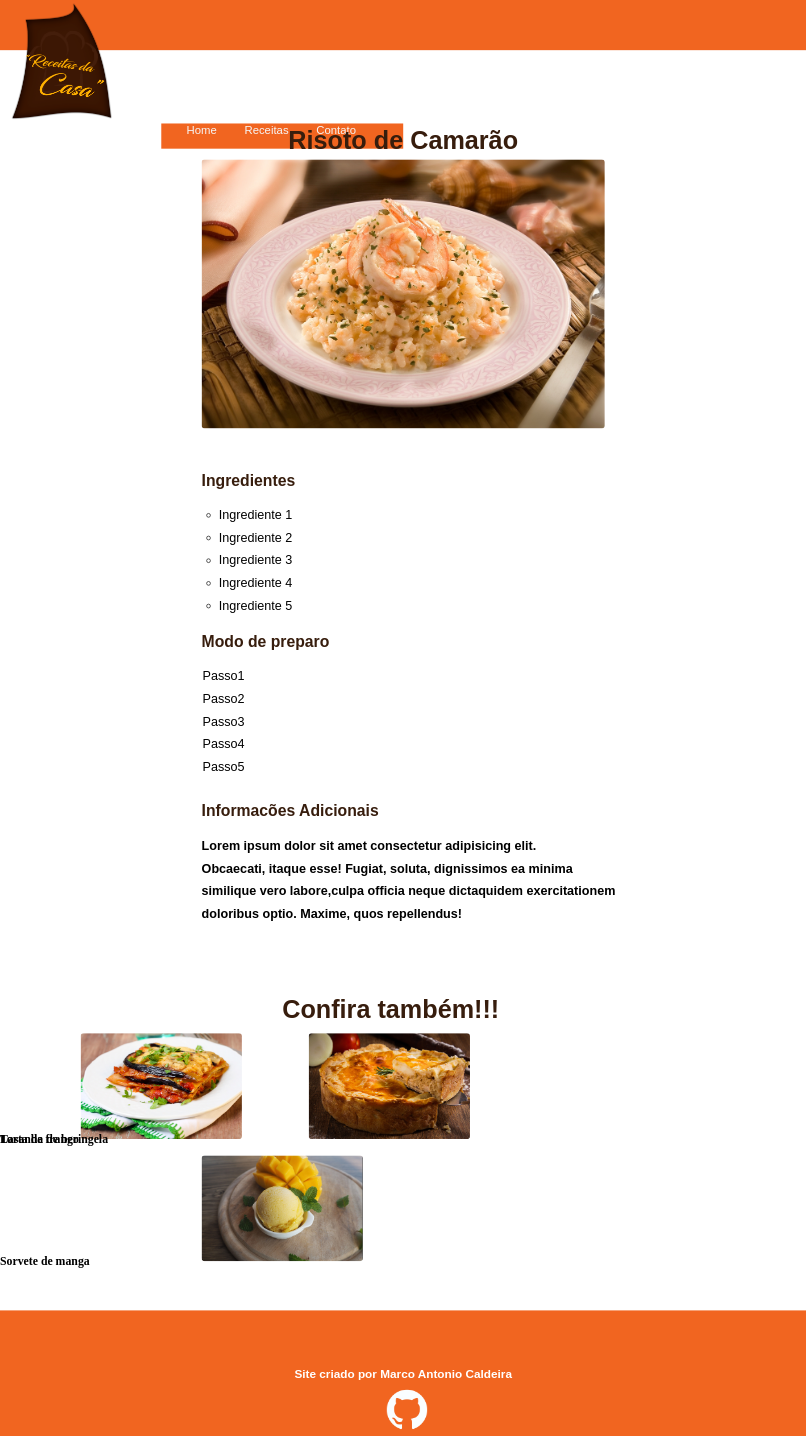
Repository: MarcoantonioCaldeira/Aprendizados-e-Conhecimentos
Page: Receitas da Casa/index.html
An editor plug-in stored every save of this project. The page is shown before and after the next save, followed by the edit.
The browser window is 1280 px wide. The pictures show the whole page, at 63% of full size.

Above is the page before, as saved 2022-05-29 22:42:12.

### Receitas da Casa/index.html
<!DOCTYPE html>
<html>
    <head>
    <meta charset="utf-8">
    <title>Receitas do Marco</title>
    <link rel="stylesheet" text="css" href="css/estilo.css">
    <link rel="stylesheet" text="css" href="css/fonts.css">
    <style>

    </style>
    </head>
    <body>
        <header id="topo">
            <img id="logo" src="imagens/logo.png">
            <li class="li-topo">
                <ul class="ul-topo" href="#">Home</ul>
                <ul class="ul-topo" href="#">Receitas</ul>
                <ul class="ul-topo" href="#">Contato</ul>
            </li>
        </header>
        <main id="corpo">
            <h1 class="titulo-receita">Risoto de Camarão</h1>
            <figure>
                <img class="img_receita" src="imagens/imagem_receita.jpg">
            </figure>
            <article>

                <h3 class="text_article">Ingredientes</h3>
                <ul class="text_ul">
                     <li>Ingrediente 1</li>
                     <li>Ingrediente 2</li>
                     <li>Ingrediente 3</li>
                     <li>Ingrediente 4</li>
                     <li>Ingrediente 5</li>
                </ul>

               <h3 class="text_article_2">Modo de preparo</h3>
               <li class="text_ul_2">
                   <ul>Passo1</ul>
                   <ul>Passo2</ul>
                   <ul>Passo3</ul>
                   <ul>Passo4</ul>
                   <ul>Passo5</ul>
               </li>

               <h3 class="text_article_3">Informacões Adicionais</h3>
               <h3 class="text">Lorem ipsum dolor sit amet consectetur adipisicing elit.<br>
                Obcaecati, itaque esse! Fugiat, soluta, dignissimos ea minima<br> similique vero
                labore,culpa officia neque dictaquidem exercitationem <br>doloribus optio. Maxime, quos
                repellendus!</h3>


               <h1 class="h1_informacoes">Confira também!!!</h1>
               <div id="outras_receitas">

                      <img class="img_receita1" src="imagens/lazanha_de_beringela.jpg">
                      <h3 class="h3_receita_1">Lasanha de beringela</h3>

                      <img class="img_receita2" src="imagens/torta_de_frango.jpg">
                      <h3 class="h3_receita_2">Torta de frango</h3>

                      <img class="img_receita3" src="imagens/sorvete-manga.jpg">
                      <h3 class="h3_receita_3">Sorvete de manga</h3>

               </div>

            </article>
        </main>
        <footer id="rodape">
            <div class="agradecimentos-rodape">
                <h3>Site criado por Marco Antonio Caldeira</h3>
                <a href="https://github.com/MarcoantonioCaldeira"><img class="logoGit" src="imagens/github_logo.png"></a>
            </div>
        </footer>
    </body>
</html>

### Receitas da Casa/css/estilo.css
* {
    margin: 0;
}

#topo{
  width: 100%;
  background-color:rgb(241, 101, 32);
  height: 80px;
}

#logo{
  width: 15%;

}

.titulo_logo{
  position: relative;
  font-family: arial;
  top: 20%;
  font-size:30px;
  color:white;
  left:-40%;
}

#corpo{
  width: 100%;
  height: 2000px;
  background-color: white;
}

.img_receita{
  position:relative;
  border-radius: 5px;
  margin-left: 25%;
  margin-top: 10%;
  width:50%;
}

#outras_receitas{
  width: 100%;
  height: 300px;
  background-color:white;
}

.img_receita1{
  position:relative;
  left:10%;
  top:5%;
  border-radius:5px;
  width:20%;
}

.img_receita2{
  position:relative;
  left: 18%;
  top:5%;
  border-radius:5px;
  width:20%;
}

.img_receita3{
  position:relative;
  left: 25%;
  top:5%;
  border-radius:5px;
  width:20%;
}


#rodape{
  background-color: rgb(241, 101, 32);
  width: 100%;
  height: 200px;
}

.agradecimentos-rodape{
  position: relative;
  top: 45%;
  color:white;
  font-family: arial;
  text-align: center;
}

.logoGit{
  position: absolute;
  width: 5%;
  left:48%;
  top: 35px;
}

### Receitas da Casa/css/fonts.css
h1{
  text-align: center;
}

.li-topo{
  position:relative;
  background-color: rgb(241, 101, 32);
  list-style: none;
  height: 40px;
  width: 30%;
  margin-left: 20%;
}

.ul-topo{
  display: inline;
  font-family: arial;
  color:rgb(246, 246, 246);
  font-size:18px;
}

.titulo-receita{
  position: relative;
  font-size: 40px;
  font-family: arial;
  top:6%;
  color:rgb(55, 29, 13);
}

.text_article{
  position:absolute;
  display: inline;
  left:25%;
  margin-top: 5%;
  color:rgb(55, 29, 13);
  font-size: 25px;
  font-family: arial;
}

.text_ul{
  position:absolute;
  font-size: 20px;
  line-height: 1.8;
  list-style-type:circle;
  margin-top:9%;
  left:24%;
  display:inline-block;
  font-family: arial;
}

.text_article_2{
  position:absolute;
  display: inline;
  left:25%;
  margin-top: 25%;
  color:rgb(55, 29, 13);
  font-size: 25px;
  font-family: arial;
}

.text_ul_2{
  position:absolute;
  font-size: 20px;
  line-height: 1.8;
  list-style-type:circle;
  margin-top:29%;
  left:22%;
  display:inline-block;
  font-family: arial;
}

.text_article_3{
  position:absolute;
  display: inline;
  left:25%;
  margin-top: 46%;
  color:rgb(55, 29, 13);
  font-size: 25px;
  font-family: arial;
}

.text{
  position:absolute;
  font-size: 20px;
  line-height: 1.8;
  margin-top:50%;
  left:25%;
  display:inline-block;
  font-family: arial;
}

.h1_informacoes{
  position: relative;
  font-size: 40px;
  font-family: arial;
  left:35%;
  margin-top:70%;
  display:inline-block;
  color:rgb(55, 29, 13);
}

.h3_receita_1{
  position:absolute;
}

After the next save:
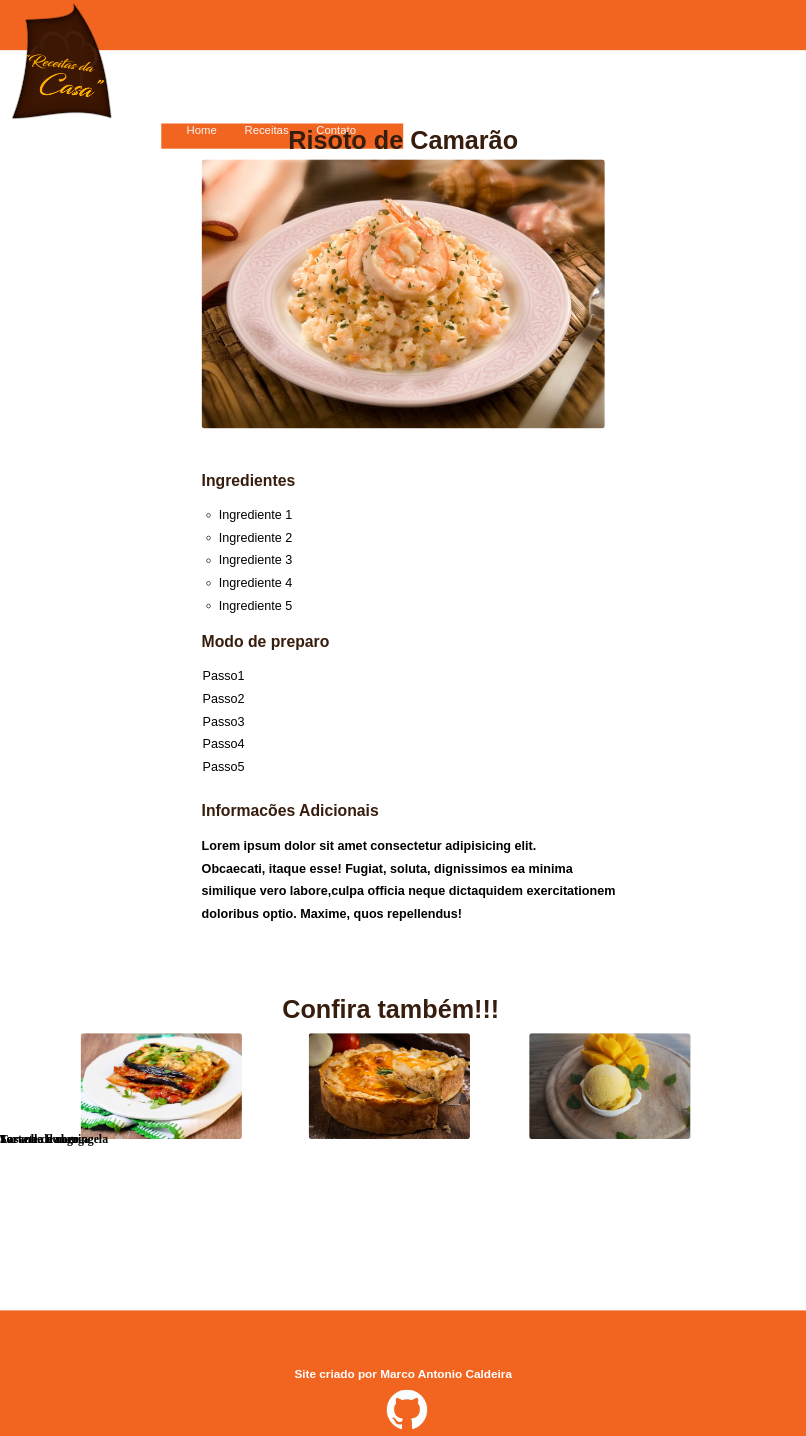
Saved 55 s later.
--- a/Receitas da Casa/css/fonts.css
+++ b/Receitas da Casa/css/fonts.css
@@ -98,6 +98,6 @@ h1{
   color:rgb(55, 29, 13);
 }
 
-.h3_receita_1{
+.h3_receita_1, .h3_receita_2{
   position:absolute;
 }
